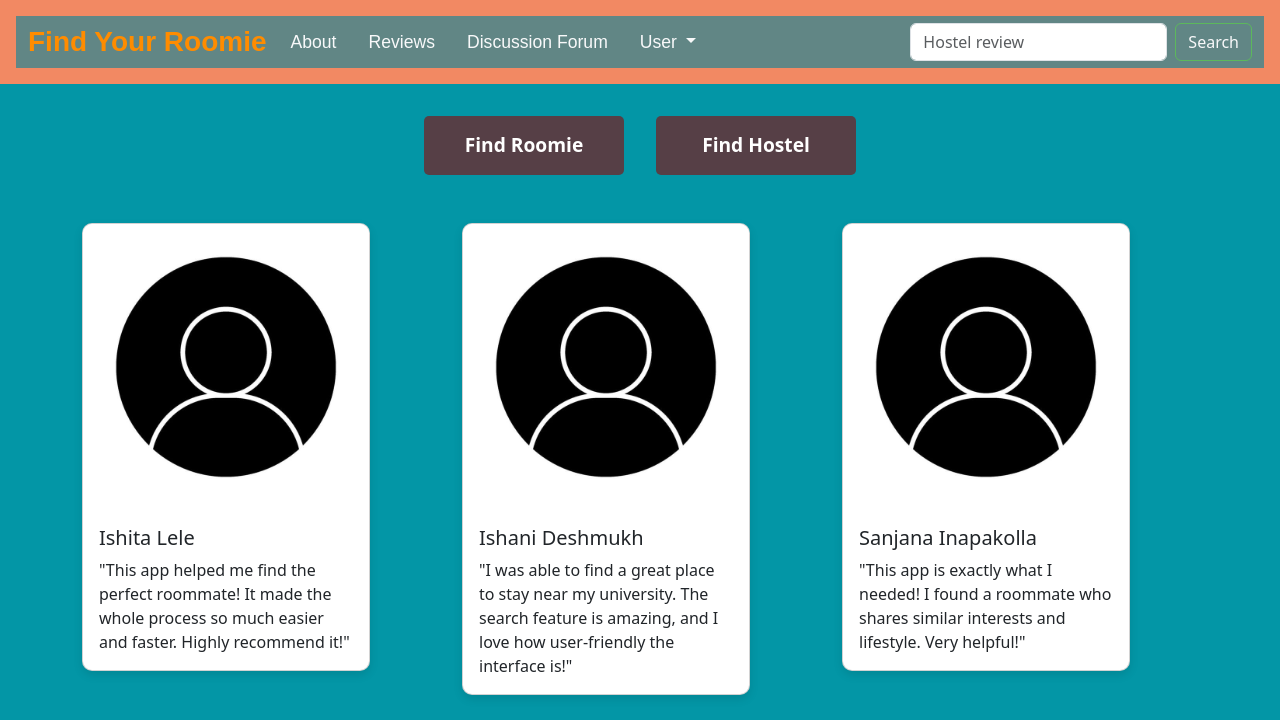
Repository: Sanjana-Inapakolla/Find-your-Roomie-website
Page: mini-project(jfst)/MiniProject/src/main/webapp/home.html
The author's editor kept a copy of each file at every save. The page is drawn from the files as they stood at one save, then again after the next save.
The browser window is 1280 px wide. The pictures show the whole page.

Above is the page before, as saved 2024-11-13 07:02:00.

### mini-project(jfst)/MiniProject/src/main/webapp/home.html
<!DOCTYPE html>
<html lang="en">
<head>
  <meta charset="ISO-8859-1">
  <title>Home Page</title>
 <link href="https://cdn.jsdelivr.net/npm/bootstrap@5.3.3/dist/css/bootstrap.min.css" rel="stylesheet" integrity="sha384-QWTKZyjpPEjISv5WaRU9OFeRpok6YctnYmDr5pNlyT2bRjXh0JMhjY6hW+ALEwIH" crossorigin="anonymous">
  <style>
    /* Navbar Styling */
    .navbar {
      background-color: #F28963;
      padding: 1rem;
    }

    /* Navbar Brand (Logo/Text) */
    .navbar-brand {
      color: #f8f9fa;
      font-size: 1.75rem;
      font-weight: bold;
      font-family: 'Arial', sans-serif;
      color: #ff8c00;
    }

    /* Navbar Links (Home, Reviews, Discussion Forum) */
    .navbar-nav .nav-link {
      color: #f8f9fa;
      font-size: 1.1rem;
      font-family: 'Arial', sans-serif;
      margin-right: 1rem;
      transition: color 0.3s;
    }

    /* Active Link Color */
    .navbar-nav .nav-link.active {
      color: #f8f9fa !important;
    }

    /* Hover Effect for Links (Home, Reviews, Discussion Forum) */
    .navbar-nav .nav-link:hover {
      color: #5cb85c;
    }

    /* Active Link Hover (Ensures the hover color is still applied even if it's active) */
    .navbar-nav .nav-link.active:hover {
      color: #5cb85c !important;
    }

    /* Search Button */
    .btn-outline-success {
      color: #f8f9fa;
      border-color: #5cb85c;
      transition: background-color 0.3s, color 0.3s;
    }

    /* Search Button Hover */
    .btn-outline-success:hover {
      background-color: #5cb85c;
      color: #fff;
    }

    /* Home Page Buttons Styling */
    .home-buttons {
      display: flex;
      justify-content: center;
      gap: 2rem;
      margin-top: 2rem;
    }

    .home-buttons .btn {
      font-size: 1.2rem;
      padding: 15px 30px;
      border-radius: 5px;
      font-weight: bold;
      width: 200px;
      transition: transform 0.3s;
    }

    /* Hover Effect for Buttons */
    .home-buttons .btn:hover {
      transform: scale(1.05);
    }

    .find-roomie {
      background-color: #563f46;
      color: white;
      border: none;
    }

    .find-roomie:hover {
      background-color: #0056b3;
    }

    .find-hostel {
      background-color: #563f46;
      color: white;
      border: none;
    }

    .find-hostel:hover {
      background-color: #218838;
    }

    .card {
      width: 18rem;
      border-radius: 10px;
      box-shadow: 0 4px 10px rgba(0, 0, 0, 0.1);
    }
    .card-img-top {
      border-radius: 10px 10px 0 0;
    }

    body{
      background-color: #0396A6;
    }
  </style>
</head>
<body>

<!-- Navbar -->
<nav class="navbar navbar-expand-lg">
  <div class="container-fluid" style="background-color: #618685;">
    <a class="navbar-brand" href="#">Find Your Roomie</a>
    <button class="navbar-toggler" type="button" data-bs-toggle="collapse" data-bs-target="#navbarNav" aria-controls="navbarNav" aria-expanded="false" aria-label="Toggle navigation">
      <span class="navbar-toggler-icon"></span>
    </button>
    <div class="collapse navbar-collapse" id="navbarNav">
      <ul class="navbar-nav me-auto">
        <li class="nav-item">
          <a class="nav-link active" aria-current="page" href="About.jsp">About</a>
        </li>
        <li class="nav-item">
          <a class="nav-link" href="Rating.jsp">Reviews</a>
        </li>
        <li class="nav-item">
          <a class="nav-link" href="BeforeChat">Discussion Forum</a>
        </li>
        <li class="nav-item dropdown">
          <a class="nav-link dropdown-toggle" href="#" role="button" data-bs-toggle="dropdown" aria-expanded="false">
            User
          </a>
          <ul class="dropdown-menu">
            <li><a class="dropdown-item" href="Profile">My Profile</a></li>
            <li><a class="dropdown-item" href="BeforeUpdate">Account Settings</a></li>
            <li><a class="dropdown-item" href="LogoutServlet">Logout</a></li>
          </ul>
        </li>
      </ul>

      <!-- Search Button on the Right -->
      <form class="d-flex ms-auto" action="HostelSearch">
        <input class="form-control me-2" name="hostel-search" type="search" placeholder="Hostel review" aria-label="Search">
        <button class="btn btn-outline-success" type="submit">Search</button>
      </form>
    </div>
  </div>
</nav>

<!-- Buttons for Find Roomie and Find Hostel -->
<div class="home-buttons">
  <button class="btn find-roomie" onclick="window.location.href='Match';">Find Roomie</button>
 <button class="btn find-hostel" onclick="window.location='public/HostelGeoMap.html';">Find Hostel</button>
</div>

<div class="container mt-5">
  <div class="row justify-content-center">
    <!-- Card 1 -->
    <div class="col-md-4 mb-4">
      <div class="card">
        <img src="images\profile.jpg" class="card-img-top" alt="User Image">
        <div class="card-body">
          <h5 class="card-title">Ishita Lele</h5>
          <p class="card-text">"This app helped me find the perfect roommate! It made the whole process so much easier and faster. Highly recommend it!"</p>
        </div>
      </div>
    </div>

    <!-- Card 2 -->
    <div class="col-md-4 mb-4">
      <div class="card">
        <img src="images\profile.jpg" class="card-img-top" alt="User Image">
        <div class="card-body">
          <h5 class="card-title">Ishani Deshmukh</h5>
          <p class="card-text">"I was able to find a great place to stay near my university. The search feature is amazing, and I love how user-friendly the interface is!"</p>
        </div>
      </div>
    </div>

    <!-- Card 3 -->
    <div class="col-md-4 mb-4">
      <div class="card">
        <img src="images\profile.jpg" class="card-img-top" alt="User Image">
        <div class="card-body">
          <h5 class="card-title">Sanjana Inapakolla</h5>
          <p class="card-text">"This app is exactly what I needed! I found a roommate who shares similar interests and lifestyle. Very helpful!"</p>
        </div>
      </div>
    </div>
  </div>
</div>

<!-- Bootstrap JS -->
<script src="https://cdn.jsdelivr.net/npm/bootstrap@5.3.3/dist/js/bootstrap.bundle.min.js" integrity="sha384-YvpcrYf0tY3lHB60NNkmXc5s9fDVZLESaAA55NDzOxhy9GkcIdslK1eN7N6jIeHz" crossorigin="anonymous"></script>
</body>
</html>

After the next save:
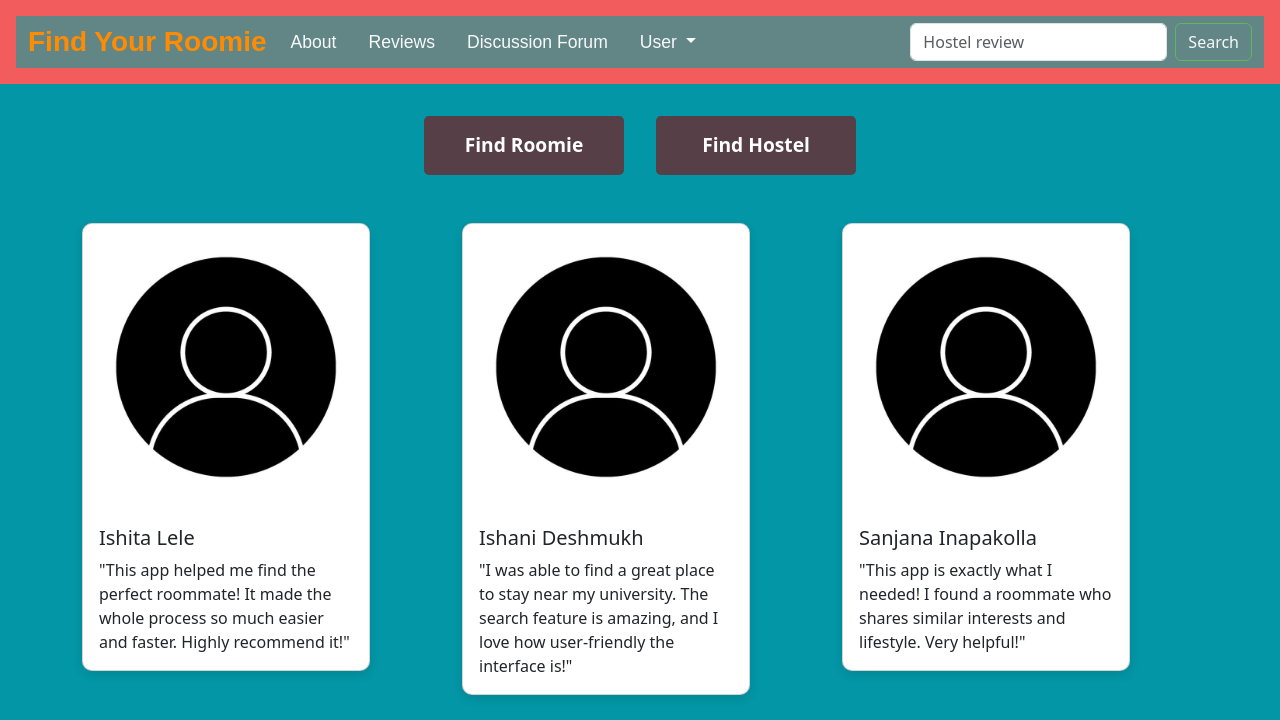
Saved 19 s later.
--- a/mini-project(jfst)/MiniProject/src/main/webapp/home.html
+++ b/mini-project(jfst)/MiniProject/src/main/webapp/home.html
@@ -7,7 +7,7 @@
   <style>
     /* Navbar Styling */
     .navbar {
-      background-color: #F28963;
+      background-color: #F25C5C;
       padding: 1rem;
     }
 
